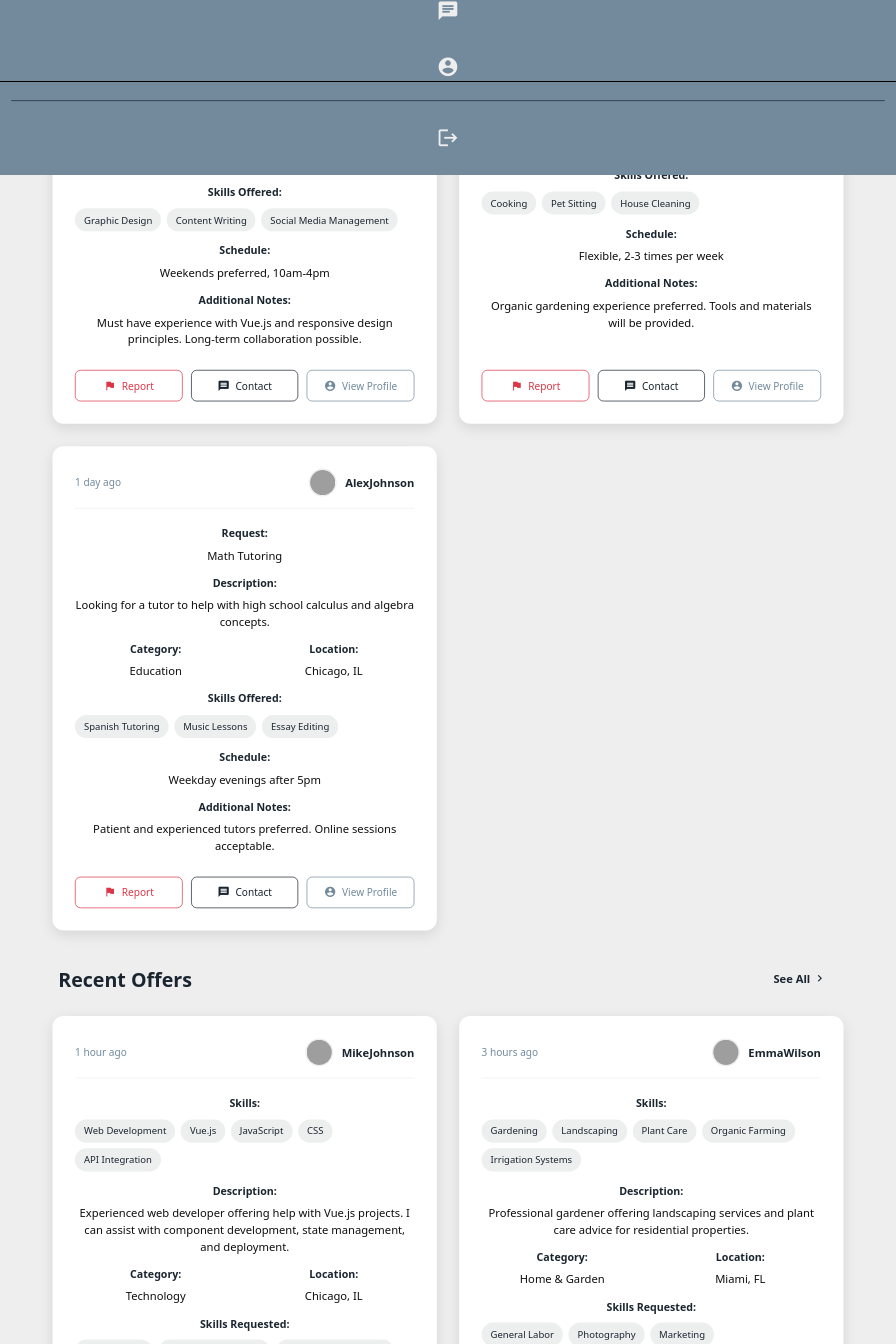
Repository: wholaanmo/news-snap
Page: /
These files come from the project's save history. The page is drawn as it stood at one moment and after the next save; the edit follows.
The browser window is 1280 px wide. The pictures show the part of the page from y = 309 to 2229 px (the page is 3397 px tall before and 3417 px after), at 70% of full size.
Pictures or frames that could not be fetched are drawn as grey boxes. The project was rebuilt for these pictures with package versions that can differ from the ones it lists, and the page was loaded fresh each time.

Above is the page before, as saved 2025-09-30 23:42:47.

### index.html
<!doctype html>
<html lang="en">
  <head>
    <meta charset="UTF-8" />
    <link rel="icon" type="image/svg+xml" href="/vite.svg" />
    <meta name="viewport" content="width=device-width, initial-scale=1.0" />
    <title>CommuniTrade</title>
    <link href="https://fonts.googleapis.com/css2?family=Material+Icons"
      rel="stylesheet">
    <link href="https://fonts.googleapis.com/css2?family=Roboto:wght@400;700&display=swap" rel="stylesheet">
    <link href="https://fonts.googleapis.com/css2?family=Inter:wght@400;600&display=swap" rel="stylesheet">
  </head>
  <body>
    <div id="app"></div>
    <script type="module" src="/src/main.js"></script>
  </body>
</html>

### src/views/Home.vue
<template>
    <div class="dashboard">

      <!-- Requests Section -->
      <section class="requests-section">
        <div class="section-header">
          <h2>Recent Requests</h2>
          <button class="see-all-btn" @click="navigateToRequests">
            See All
            <span class="material-icons">chevron_right</span>
          </button>
        </div>

        <div class="cards-container">
          <div
            v-for="request in filteredRequests.slice(0, 3)"
            :key="request.id"
            class="request-card"
          >
            <!-- Card Header -->
            <div class="card-header">
              <span class="posted-time">{{ request.timePosted }}</span>
              <div class="user-info">
                <div class="profile-pic-container">
                  <img
                    :src="request.profilePic"
                    :alt="request.accountName"
                    class="profile-pic"
                    @error="handleImageError"
                  >
                </div>
                <span class="account-name">{{ request.accountName }}</span>
              </div>
            </div>

            <!-- Card Content -->
            <div class="card-content">
              <div class="detail-item">
                <label>Request:</label>
                <span class="detail-value">{{ request.request }}</span>
              </div>
              <div class="detail-item">
                <label>Description:</label>
                <span class="detail-value">{{ request.description }}</span>
              </div>
              <div class="detail-row">
                <div class="detail-item">
                  <label>Category:</label>
                  <span class="detail-value">{{ request.category }}</span>
                </div>
                <div class="detail-item">
                  <label>Location:</label>
                  <span class="detail-value">{{ request.location }}</span>
                </div>
              </div>
              <div class="detail-item">
                <label>Skills Offered:</label>
                <div class="skills-tags">
                  <span
                    v-for="skill in request.skillsOffered"
                    :key="skill"
                    class="skill-tag"
                  >
                    {{ skill }}
                  </span>
                </div>
              </div>
              <div class="detail-item">
                <label>Schedule:</label>
                <span class="detail-value">{{ request.schedule }}</span>
              </div>
              <div class="detail-item">
                <label>Additional Notes:</label>
                <span class="detail-value">{{ request.additionalNotes }}</span>
              </div>
            </div>

            <!-- Card Actions -->
            <div class="card-actions">
              <button class="btn report-btn">
                <span class="material-icons">flag</span>
                Report
              </button>
              <button class="btn contact-btn">
                <span class="material-icons">message</span>
                Contact
              </button>
              <button class="btn profile-btn">
                <span class="material-icons">account_circle</span>
                View Profile
              </button>
            </div>
          </div>
        </div>
      </section>

      <!-- Offers Section -->
      <section class="offers-section">
        <div class="section-header">
          <h2>Recent Offers</h2>
          <button class="see-all-btn" @click="navigateToOffers">
            See All
            <span class="material-icons">chevron_right</span>
          </button>
        </div>

        <div class="cards-container">
          <div
            v-for="offer in filteredOffers.slice(0, 3)"
            :key="offer.id"
            class="offer-card"
          >
            <!-- Card Header -->
            <div class="card-header">
              <span class="posted-time">{{ offer.timePosted }}</span>
              <div class="user-info">
                <div class="profile-pic-container">
                  <img
                    :src="offer.profilePic"
                    :alt="offer.accountName"
                    class="profile-pic"
                    @error="handleImageError"
                  >
                </div>
                <span class="account-name">{{ offer.accountName }}</span>
              </div>
            </div>

            <!-- Card Content -->
            <div class="card-content">
              <div class="detail-item">
                <label>Skills:</label>
                <div class="skills-tags">
                  <span
                    v-for="skill in offer.skills"
                    :key="skill"
                    class="skill-tag"
                  >
                    {{ skill }}
                  </span>
                </div>
              </div>
              <div class="detail-item">
                <label>Description:</label>
                <span class="detail-value">{{ offer.description }}</span>
              </div>
              <div class="detail-row">
                <div class="detail-item">
                  <label>Category:</label>
                  <span class="detail-value">{{ offer.category }}</span>
                </div>
                <div class="detail-item">
                  <label>Location:</label>
                  <span class="detail-value">{{ offer.location }}</span>
                </div>
              </div>
              <div class="detail-item">
                <label>Skills Requested:</label>
                <div class="skills-tags">
                  <span
                    v-for="skill in offer.skillsRequested"
                    :key="skill"
                    class="skill-tag"
                  >
                    {{ skill }}
                  </span>
                </div>
              </div>
              <div class="detail-item">
                <label>Schedule:</label>
                <span class="detail-value">{{ offer.schedule }}</span>
              </div>
              <div class="detail-item">
                <label>Additional Notes:</label>
                <span class="detail-value">{{ offer.additionalNotes }}</span>
              </div>
            </div>

            <!-- Card Actions -->
            <div class="card-actions">
              <button class="btn report-btn">
                <span class="material-icons">flag</span>
                Report
              </button>
              <button class="btn contact-btn">
                <span class="material-icons">message</span>
                Contact
              </button>
              <button class="btn profile-btn">
                <span class="material-icons">account_circle</span>
                View Profile
              </button>
            </div>
          </div>
        </div>
      </section>
    </div>
  </template>

  <script setup>
  import { ref, computed } from 'vue'
  import { useRouter } from 'vue-router'

  const router = useRouter()
  const searchQuery = ref('')

  // Sample data for requests with profile pictures
  const requests = ref([
    {
      id: 1,
      accountName: 'JohnDoe',
      profilePic: 'https://images.unsplash.com/photo-1472099645785-5658abf4ff4e?w=150&h=150&fit=crop&crop=face',
      timePosted: '2 hours ago',
      request: 'Web Development Help',
      description: 'Need help building a responsive website for my small business. Looking for someone with experience in modern web technologies.',
      category: 'Technology',
      location: 'New York, NY',
      skillsOffered: ['Graphic Design', 'Content Writing', 'Social Media Management'],
      schedule: 'Weekends preferred, 10am-4pm',
      additionalNotes: 'Must have experience with Vue.js and responsive design principles. Long-term collaboration possible.'
    },
    {
      id: 2,
      accountName: 'SarahSmith',
      profilePic: 'https://images.unsplash.com/photo-1494790108755-2616b612b786?w=150&h=150&fit=crop&crop=face',
      timePosted: '5 hours ago',
      request: 'Gardening Assistance',
      description: 'Help with backyard garden maintenance and planting seasonal flowers and vegetables.',
      category: 'Home & Garden',
      location: 'Los Angeles, CA',
      skillsOffered: ['Cooking', 'Pet Sitting', 'House Cleaning'],
      schedule: 'Flexible, 2-3 times per week',
      additionalNotes: 'Organic gardening experience preferred. Tools and materials will be provided.'
    },
    {
      id: 3,
      accountName: 'AlexJohnson',
      profilePic: 'https://images.unsplash.com/photo-1507003211169-0a1dd7228f2d?w=150&h=150&fit=crop&crop=face',
      timePosted: '1 day ago',
      request: 'Math Tutoring',
      description: 'Looking for a tutor to help with high school calculus and algebra concepts.',
      category: 'Education',
      location: 'Chicago, IL',
      skillsOffered: ['Spanish Tutoring', 'Music Lessons', 'Essay Editing'],
      schedule: 'Weekday evenings after 5pm',
      additionalNotes: 'Patient and experienced tutors preferred. Online sessions acceptable.'
    }
  ])

  // Sample data for offers with profile pictures
  const offers = ref([
    {
      id: 1,
      accountName: 'MikeJohnson',
      profilePic: 'https://images.unsplash.com/photo-1500648767791-00dcc994a43e?w=150&h=150&fit=crop&crop=face',
      timePosted: '1 hour ago',
      skills: ['Web Development', 'Vue.js', 'JavaScript', 'CSS', 'API Integration'],
      description: 'Experienced web developer offering help with Vue.js projects. I can assist with component development, state management, and deployment.',
      category: 'Technology',
      location: 'Chicago, IL',
      skillsRequested: ['UI/UX Design', 'Project Management', 'Backend Development'],
      schedule: 'Evenings and weekends, flexible hours',
      additionalNotes: '5+ years of experience. Portfolio available upon request.'
    },
    {
      id: 2,
      accountName: 'EmmaWilson',
      profilePic: 'https://images.unsplash.com/photo-1438761681033-6461ffad8d80?w=150&h=150&fit=crop&crop=face',
      timePosted: '3 hours ago',
      skills: ['Gardening', 'Landscaping', 'Plant Care', 'Organic Farming', 'Irrigation Systems'],
      description: 'Professional gardener offering landscaping services and plant care advice for residential properties.',
      category: 'Home & Garden',
      location: 'Miami, FL',
      skillsRequested: ['General Labor', 'Photography', 'Marketing'],
      schedule: 'Weekdays only, 9am-5pm',
      additionalNotes: 'Specialized in tropical plants and sustainable gardening practices.'
    },
    {
      id: 3,
      accountName: 'DavidChen',
      profilePic: 'https://images.unsplash.com/photo-1519244703995-f4e0f30006d5?w=150&h=150&fit=crop&crop=face',
      timePosted: '6 hours ago',
      skills: ['Math Tutoring', 'Test Preparation', 'Online Teaching', 'Curriculum Development'],
      description: 'Certified math teacher offering tutoring services for middle school and high school students.',
      category: 'Education',
      location: 'Boston, MA',
      skillsRequested: ['English Tutoring', 'Computer Skills', 'Study Techniques'],
      schedule: 'Afternoons and weekends',
      additionalNotes: 'Patient and experienced with students of all learning styles. Remote sessions available.'
    }
  ])

  // Computed properties for filtered data
  const filteredRequests = computed(() => {
    if (!searchQuery.value) return requests.value
    const query = searchQuery.value.toLowerCase()
    return requests.value.filter(request =>
      request.request.toLowerCase().includes(query) ||
      request.description.toLowerCase().includes(query) ||
      request.category.toLowerCase().includes(query) ||
      request.location.toLowerCase().includes(query) ||
      request.skillsOffered.some(skill => skill.toLowerCase().includes(query))
    )
  })

  const filteredOffers = computed(() => {
    if (!searchQuery.value) return offers.value
    const query = searchQuery.value.toLowerCase()
    return offers.value.filter(offer =>
      offer.skills.some(skill => skill.toLowerCase().includes(query)) ||
      offer.description.toLowerCase().includes(query) ||
      offer.category.toLowerCase().includes(query) ||
      offer.location.toLowerCase().includes(query) ||
      offer.skillsRequested.some(skill => skill.toLowerCase().includes(query))
    )
  })

  // Navigation methods
  const navigateToRequests = () => {
    router.push('/requests')
  }

  const navigateToOffers = () => {
    router.push('/offers')
  }

  const handleSearch = () => {
    // Search is handled by computed properties
  }

  // Handle broken image links
  const handleImageError = (event) => {
    event.target.src = 'data:[embedded picture, 506 characters]'
  }
  </script>

  <style scoped>
  .dashboard {
    padding: 2rem;
    max-width: 1400px;
    margin: 0 auto;

  }

  /* Search Bar Styles - Made Longer */
  .search-container {
    margin-bottom: 3rem;
    display: flex;
    justify-content: center;
  }

  .search-bar {
    display: flex;
    align-items: center;
    background: white;
    border-radius: 50px;
    padding: 0.75rem 1.5rem;
    box-shadow: 0 2px 10px rgba(0, 0, 0, 0.1);
    border: 2px solid var(--grey);
    transition: border-color 0.3s ease;
    width: 100%;
    max-width: 800px; /* Longer search bar */
  }

  .search-bar:focus-within {
    border-color: var(--primary);
  }

  .search-bar .material-icons {
    color: var(--grey);
    margin-right: 0.5rem;
  }

  .search-bar input {
    flex: 1;
    border: none;
    outline: none;
    font-size: 1rem;
    background: transparent;
    width: 100%;
  }

  .search-bar input::placeholder {
    color: var(--grey);
  }

  /* Section Header Styles */
  .section-header {
    display: flex;
    justify-content: space-between;
    align-items: center;
    margin-bottom: 2rem;
    padding: 0 0.5rem;
  }

  .section-header h2 {
    color: var(--primary);
    font-size: 1.75rem;
    font-weight: 600;
  }

  .see-all-btn {
    display: flex;
    align-items: center;
    color: var(--primary);
    font-weight: 600;
    font-size: 1rem;
    transition: color 0.3s ease;
    padding: 0.5rem 1rem;
    border-radius: 6px;
    white-space: nowrap;
  }

  .see-all-btn:hover {
    color: var(--dark);
    background-color: rgba(26, 37, 48, 0.05);
  }

  .see-all-btn .material-icons {
    font-size: 1.2rem;
    margin-left: 0.25rem;
  }

  /* Cards Container - Grid Layout */
  .cards-container {
    display: grid;
    grid-template-columns: repeat(auto-fit, minmax(380px, 1fr));
    gap: 2rem;
    margin-bottom: 3rem;
  }

  /* Card Styles */
  .request-card,
  .offer-card {
    background: white;
    border-radius: 16px;
    padding: 2rem;
    box-shadow: 0 6px 20px rgba(0, 0, 0, 0.1);
    transition: transform 0.3s ease, box-shadow 0.3s ease;
    min-height: 580px;
    display: flex;
    flex-direction: column;
  }

  .request-card:hover,
  .offer-card:hover {
    transform: translateY(-4px);
    box-shadow: 0 12px 25px rgba(0, 0, 0, 0.15);
  }

  /* Card Header Styles with Profile Picture */
  .card-header {
    display: flex;
    justify-content: space-between;
    align-items: center;
    margin-bottom: 1.5rem;
    padding-bottom: 1rem;
    border-bottom: 1px solid var(--light);
  }

  .posted-time {
    color: var(--grey);
    font-size: 0.9rem;
  }

  .user-info {
    display: flex;
    align-items: center;
    gap: 0.75rem;
  }

  .profile-pic-container {
    width: 40px;
    height: 40px;
    border-radius: 50%;
    overflow: hidden;
    border: 2px solid var(--light);
    flex-shrink: 0;
  }

  .profile-pic {
    width: 100%;
    height: 100%;
    object-fit: cover;
  }

  .account-name {
    color: var(--primary);
    font-weight: 600;
    font-size: 1rem;
  }

  /* Card Content Styles */
  .card-content {
    margin-bottom: 2rem;
    flex: 1;
    display: flex;
    flex-direction: column;
    gap: 1rem;
  }

  .detail-item {
    display: flex;
    flex-direction: column;
    gap: 0.5rem;
  }

  .detail-item label {
    font-weight: 600;
    color: var(--primary);
    font-size: 0.95rem;
  }

  .detail-value {
    color: var(--dark);
    font-size: 1rem;
    line-height: 1.5;
  }

  .detail-row {
    display: flex;
    gap: 1.5rem;
  }

  .detail-row .detail-item {
    flex: 1;
  }

  /* Skills Tags Styles */
  .skills-tags {
    display: flex;
    flex-wrap: wrap;
    gap: 0.5rem;
    margin-top: 0.25rem;
  }

  .skill-tag {
    background-color: rgba(26, 37, 48, 0.08);
    color: var(--primary);
    padding: 0.4rem 0.8rem;
    border-radius: 20px;
    font-size: 0.85rem;
    font-weight: 500;
  }

  /* Card Actions Styles */
  .card-actions {
    display: flex;
    gap: 0.75rem;
    flex-wrap: wrap;
    margin-top: auto;
  }

  .btn {
    display: flex;
    align-items: center;
    padding: 0.75rem 1.25rem;
    border-radius: 8px;
    font-size: 0.9rem;
    font-weight: 500;
    transition: all 0.3s ease;
    border: 1px solid transparent;
    flex: 1;
    justify-content: center;
    min-width: 110px;
  }

  .btn .material-icons {
    font-size: 1.1rem;
    margin-right: 0.5rem;
  }

  .report-btn {
    color: #dc3545;
    border-color: #dc3545;
  }

  .report-btn:hover {
    background-color: #dc3545;
    color: white;
  }

  .contact-btn {
    color: var(--primary);
    border-color: var(--primary);
  }

  .contact-btn:hover {
    background-color: var(--primary);
    color: white;
  }

  .profile-btn {
    color: var(--grey);
    border-color: var(--grey);
  }

  .profile-btn:hover {
    background-color: var(--grey);
    color: white;
  }

  /* Responsive Design */
  @media (max-width: 1200px) {
    .cards-container {
      grid-template-columns: repeat(auto-fit, minmax(350px, 1fr));
    }
  }

  @media (max-width: 768px) {
    .dashboard {
      padding: 1rem;
    }

    .search-bar {
      max-width: 100%;
    }

    .cards-container {
      grid-template-columns: 1fr;
      gap: 1.5rem;
    }

    .section-header {
      flex-direction: column;
      align-items: flex-start;
      gap: 0.75rem;
    }

    .request-card,
    .offer-card {
      padding: 1.5rem;
      min-height: auto;
    }

    .card-actions {
      flex-direction: column;
    }

    .detail-row {
      flex-direction: column;
      gap: 1rem;
    }

    .btn {
      min-width: auto;
    }
  }

  @media (max-width: 480px) {
    .request-card,
    .offer-card {
      padding: 1.25rem;
    }

    .search-bar {
      padding: 0.6rem 1.25rem;
    }

    .card-header {
      flex-direction: column;
      align-items: flex-start;
      gap: 0.75rem;
    }

    .user-info {
      align-self: flex-end;
    }
  }
  </style>

Loaded but not shown: src/style.css (common file); src/main.js (57 lines, source omitted); src/components/Sidebar.vue (236 lines, source omitted); src/App.vue (104 lines, source omitted); src/components/Navbar.vue (122 lines, source omitted)

After the next save:
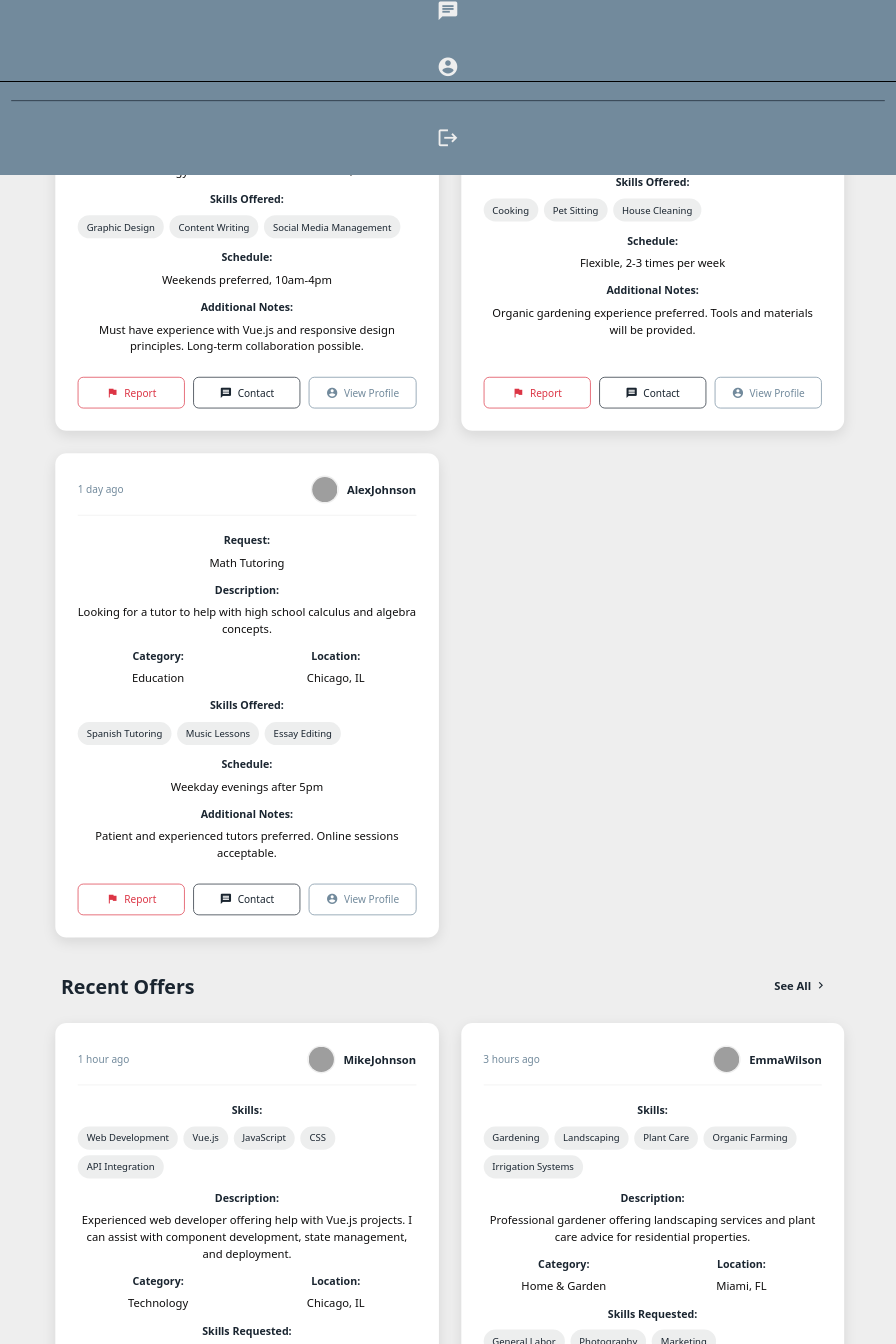
Saved 43 s later.
--- a/src/views/Home.vue
+++ b/src/views/Home.vue
@@ -338,7 +338,8 @@
   .dashboard {
     padding: 2rem;
     max-width: 1400px;
-    margin: 0 auto;
+    margin: 10px 10px 10px 15px; /* top right bottom left */
+
 
   }
 

After the save that followed:
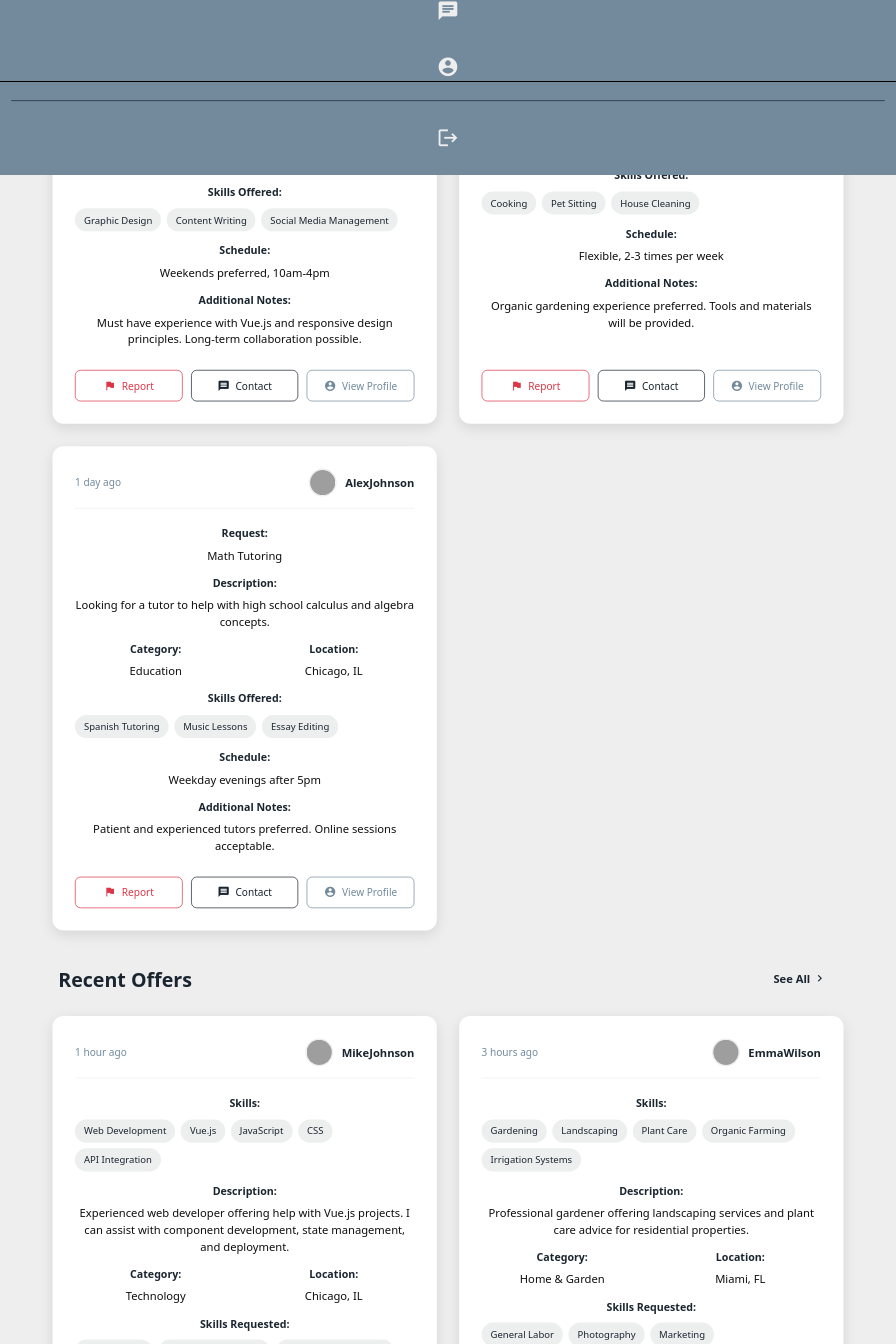
Saved 16 s later.
--- a/src/views/Home.vue
+++ b/src/views/Home.vue
@@ -338,8 +338,7 @@
   .dashboard {
     padding: 2rem;
     max-width: 1400px;
-    margin: 10px 10px 10px 15px; /* top right bottom left */
-
+    margin: 0 auto;
 
   }
 
